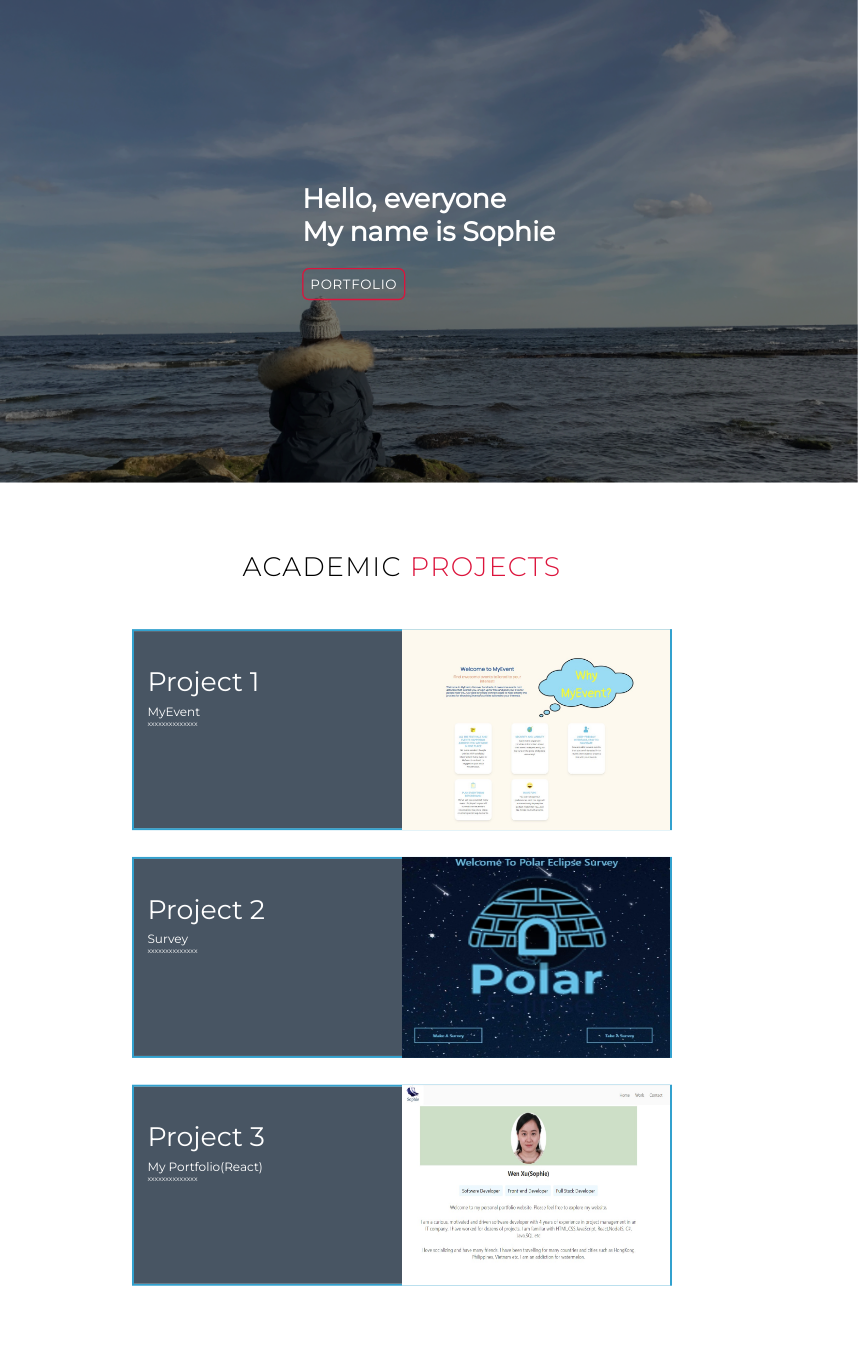
Repository: wenxi0504/StaticWebsite_Profolio
Page: index.html
The author's editor kept a copy of each file at every save. The page is drawn from the files as they stood at one save, then again after the next save.
The browser window is 1280 px wide. The pictures show the whole page, at 67% of full size.

Above is the page before, as saved 2022-03-03 22:37:53.

After the next save:
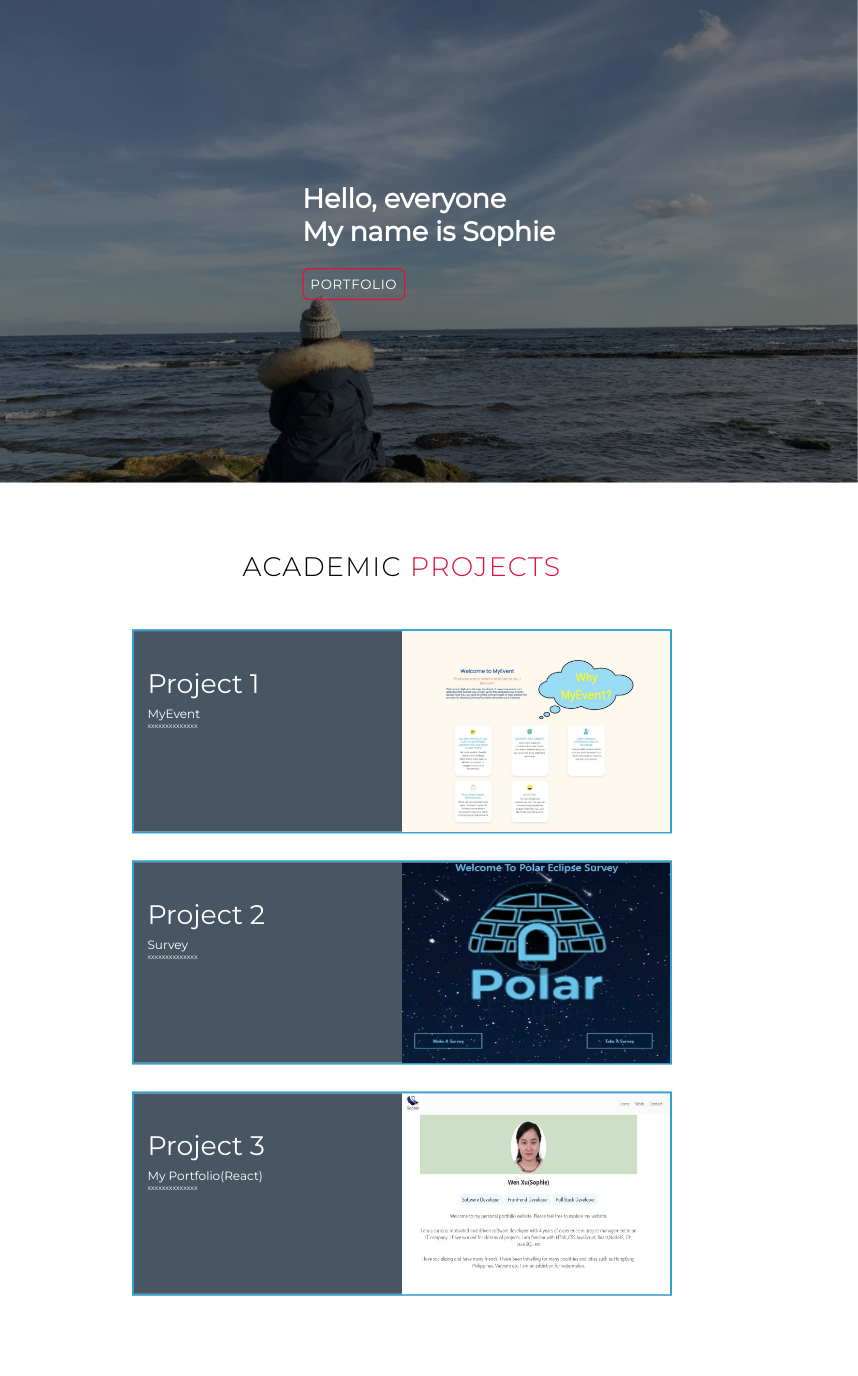
Saved 13 s later.
--- a/style.css
+++ b/style.css
@@ -173,7 +173,7 @@ animation-delay:0.5s
   justify-content: center;
   align-items:center;
   width:100%;
-  height:300px;
+  height:305px;
   margin: 20px auto;
   /* overflow: hidden;
   border: radius 200px; */
